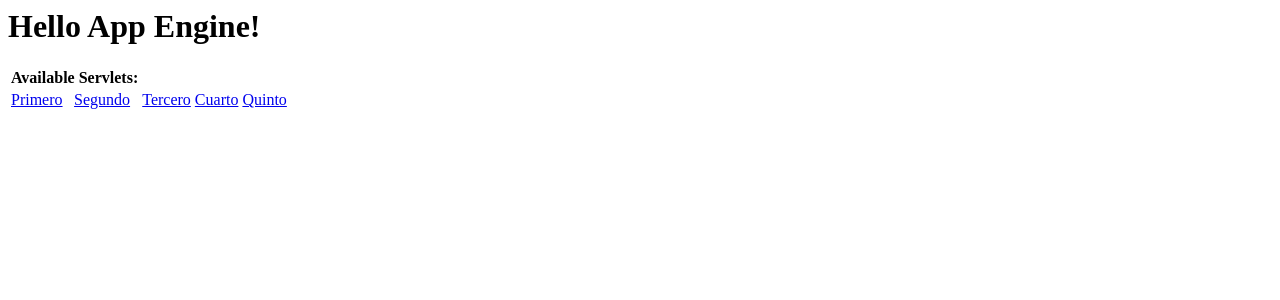
Repository: quino22/ulasalle
Page: lab02-70391273/war/index.html
The author's editor kept a copy of each file at every save. The page is drawn from the files as they stood at one save, then again after the next save.
The browser window is 1280 px wide. The pictures show the whole page.

Above is the page before, as saved 2016-11-01 18:19:49.

### lab02-70391273/war/index.html
<!DOCTYPE HTML PUBLIC "-//W3C//DTD HTML 4.01 Transitional//EN">
<!-- The HTML 4.01 Transitional DOCTYPE declaration-->
<!-- above set at the top of the file will set     -->
<!-- the browser's rendering engine into           -->
<!-- "Quirks Mode". Replacing this declaration     -->
<!-- with a "Standards Mode" doctype is supported, -->
<!-- but may lead to some differences in layout.   -->

<html>
  <head>
    <meta http-equiv="content-type" content="text/html; charset=UTF-8">
    <title>LAB 02</title>
  </head>

  <body>
    <h1>Hello App Engine!</h1>

    <table>
      <tr>
        <td colspan="2" style="font-weight:bold;">Available Servlets:</td>
      </tr>
      <tr>
        <td><a href="primero.html">Primero</a></td>
        <td><a href="segundo.html">Segundo</a></td>
        <td><a href="tercero.html">Tercero</a></td>
        <td><a href="cuarto.html">Cuarto</a></td>
        <td><a href="/quinto">Quinto</a></td>
      </tr>
    </table>
  </body>
</html>

After the next save:
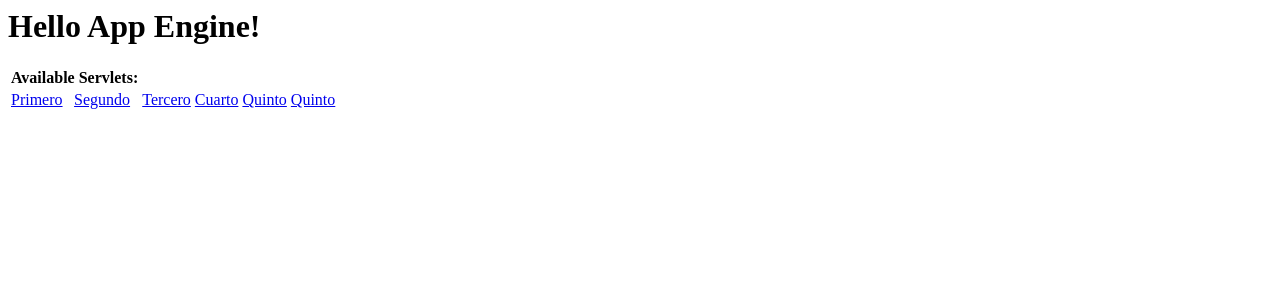
Saved 17 s later.
--- a/lab02-70391273/war/index.html
+++ b/lab02-70391273/war/index.html
@@ -25,6 +25,7 @@
         <td><a href="tercero.html">Tercero</a></td>
         <td><a href="cuarto.html">Cuarto</a></td>
         <td><a href="/quinto">Quinto</a></td>
+        <td><a href="septimo.thml">Quinto</a></td>
       </tr>
     </table>
   </body>
